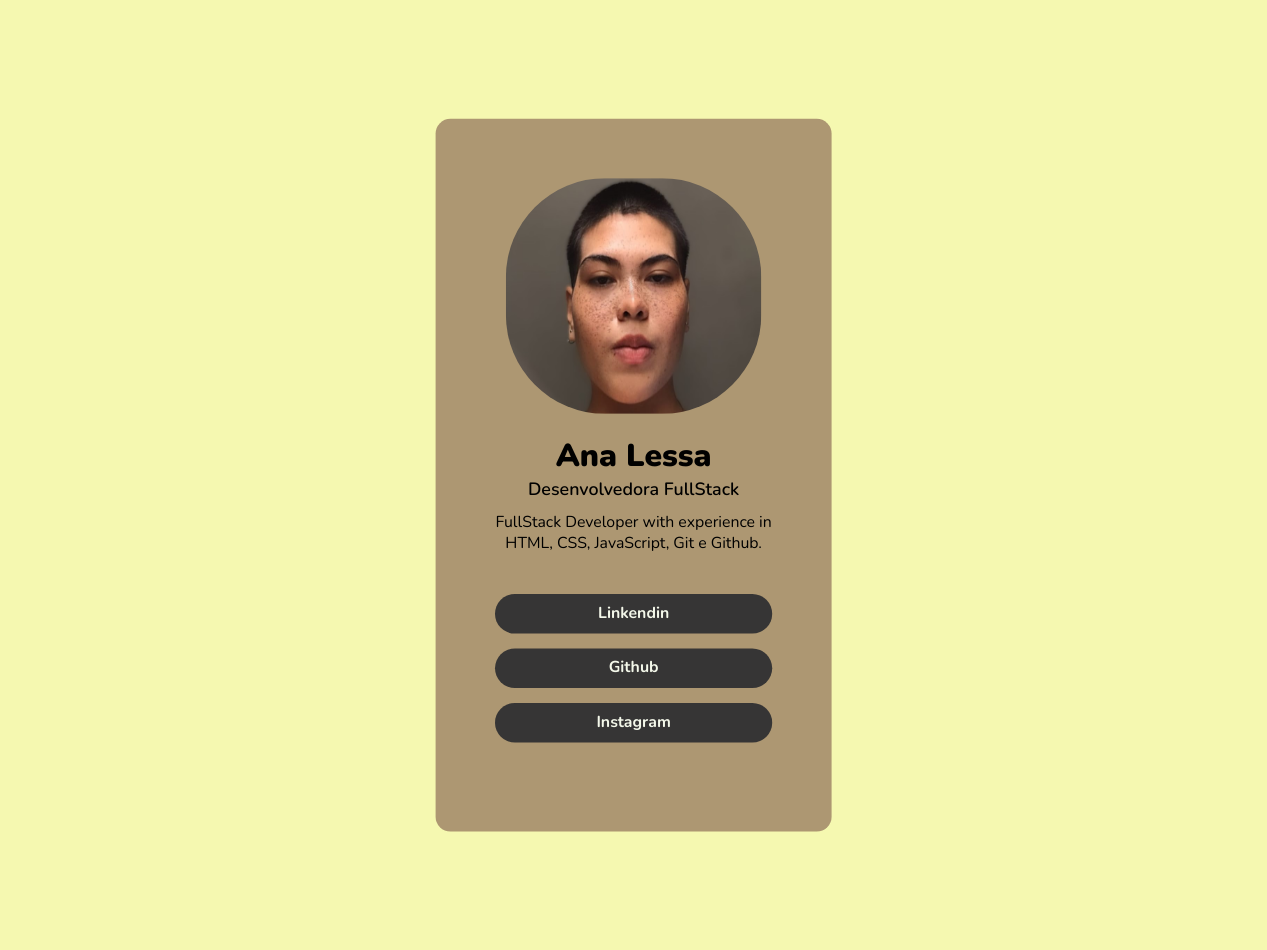
Repository: analessp/linktree
Page: index.html
These files come from the project's save history. The page is drawn as it stood at one moment and after a run of saves; the edit follows.
The browser window is 1280 px wide. The pictures show the whole page, at 99% of full size.

Above is the page before, as saved 2025-04-11 10:30:47.

After the next 3 saves:
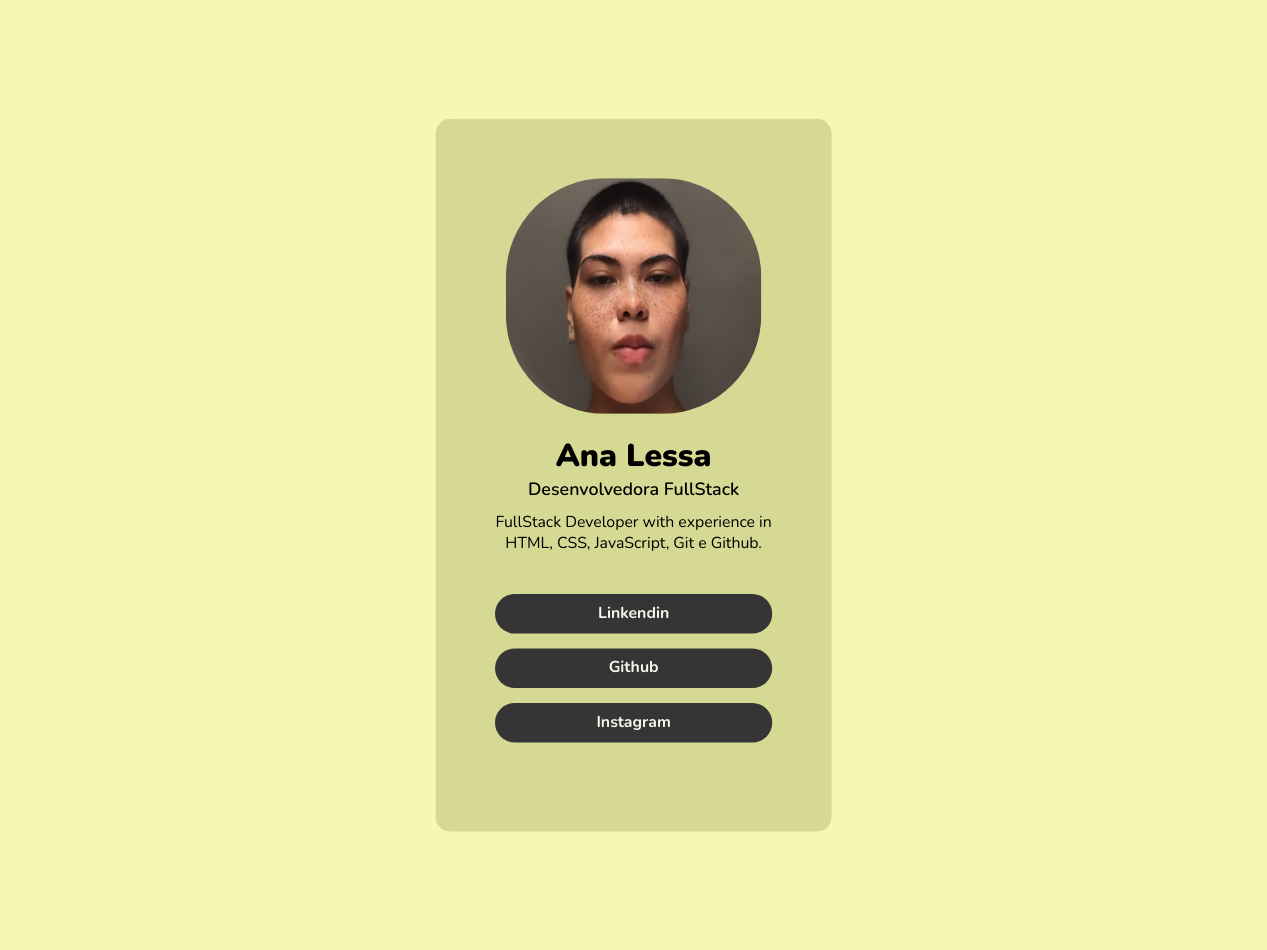
The 3 saves are shown as one change because they came seconds apart.
The last was saved 36 s later.
--- a/style.css
+++ b/style.css
@@ -10,7 +10,7 @@ body {
 }
 
 .container-main {
-    background-color: #ad9772;
+    background-color: #d6d993;
     width: 400px;
     height: 720px;
     box-sizing: border-box;
